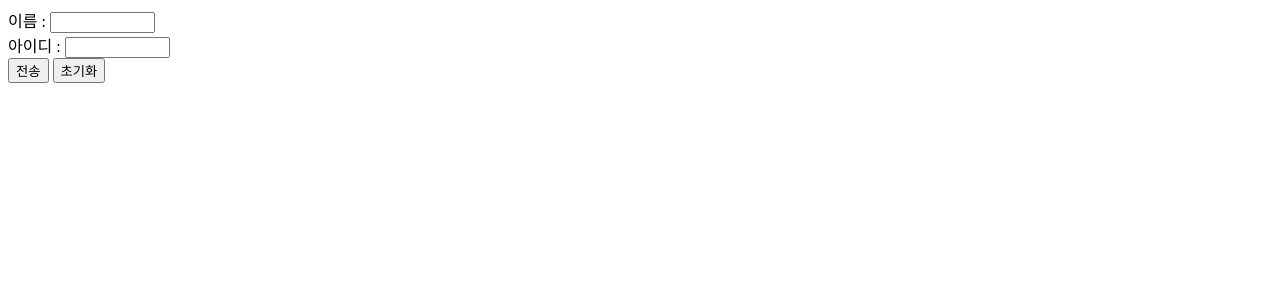
Repository: Kanghanna/One-Pick
Page: http://localhost/StartJSP/servletForm.jsp
An editor plug-in stored every save of this project. The page is shown before and after the next save, followed by the edit.
The browser window is 1280 px wide. The pictures show the whole page.
The page is served by Tomcat 9.

Above is the page before, as saved 2019-03-28 01:57:08.

After the next save:
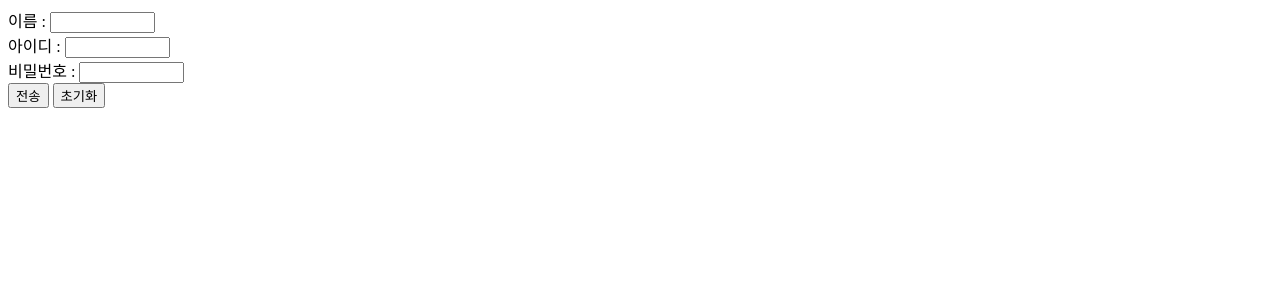
Saved 79 s later.
--- a/StartJSP/WebContent/servletForm.jsp
+++ b/StartJSP/WebContent/servletForm.jsp
@@ -11,6 +11,7 @@
 <form action = "index.jsp" method = "post">
  이름 : <input type = "text" name = "name" size = "10"><br>
  아이디 : <input type = "text" name = "id" size = "10"><br>
+ 비밀번호 : <input type = "password" name = "pw" size = "10"><br>
 
  <input type = "submit" value = "전송">
  <input type = "reset" value = "초기화">
